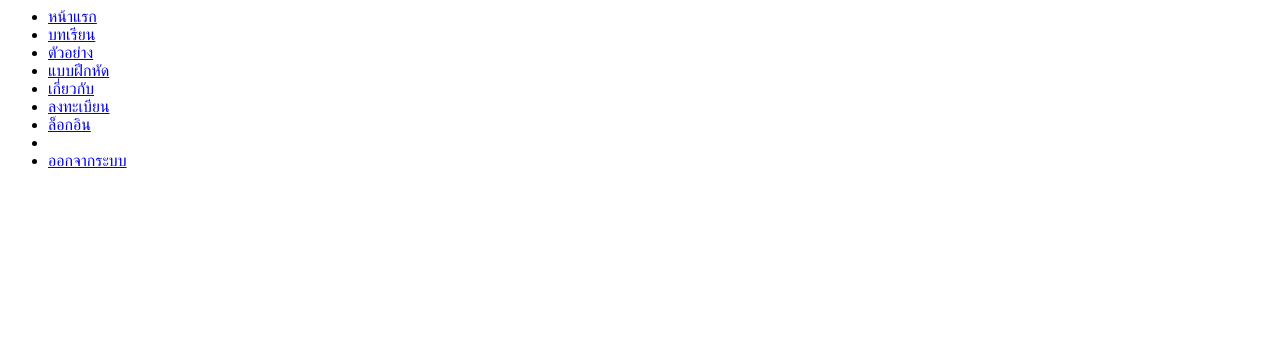
Repository: staggil/thesis
Page: components/header.html
These files come from the project's save history. The page is drawn as it stood at one moment and after the next save; the edit follows.
The browser window is 1280 px wide. The pictures show the whole page.

Above is the page before, as saved 2025-12-08 07:56:31.

### components/header.html
<ul id="nav-items">
  <li><a href="/index.html">หน้าแรก</a></li>
  <li><a href="/lessons/intro.html">บทเรียน</a></li>
  <li><a href="/examples/draw-rect.html">ตัวอย่าง</a></li>
  <li><a href="/exercises/exercise1.html">แบบฝึกหัด</a></li>
  <li><a href="/about/about.html">เกี่ยวกับ</a></li>
  <!-- ส่วนนี้ปรับตาม login -->
  <!-- ถ้าไม่ได้ login -->
  <li class="login-only"><a href="/register.html">ลงทะเบียน</a></li>
  <li class="login-only"><a href="/login.html">ล็อกอิน</a></li>
  <!-- ถ้า login แล้ว -->
  <li class="user-only"><span id="username-display"></span></li>
  <li class="user-only"><a href="#" id="logout-link">ออกจากระบบ</a></li>
</ul>

After the next save:
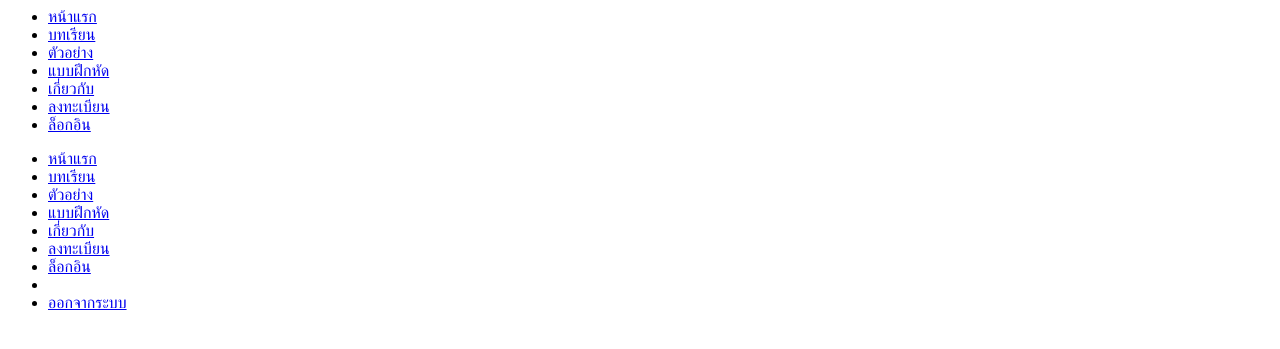
Saved 16 s later.
--- a/components/header.html
+++ b/components/header.html
@@ -1,3 +1,16 @@
+<header>
+    <nav class="navbar">
+        <ul>
+            <li><a href="/index.html">หน้าแรก</a></li>
+            <li><a href="/lessons/intro.html">บทเรียน</a></li>
+            <li><a href="/examples/draw-rect.html">ตัวอย่าง</a></li>
+            <li><a href="/exercises/exercise1.html">แบบฝึกหัด</a></li>
+            <li><a href="/about/about.html">เกี่ยวกับ</a></li>
+            <li><a href="/register.html">ลงทะเบียน</a></li>
+            <li><a href="/login.html">ล็อกอิน</a></li>
+        </ul>
+    </nav>
+</header>
 <ul id="nav-items">
   <li><a href="/index.html">หน้าแรก</a></li>
   <li><a href="/lessons/intro.html">บทเรียน</a></li>

After the save that followed:
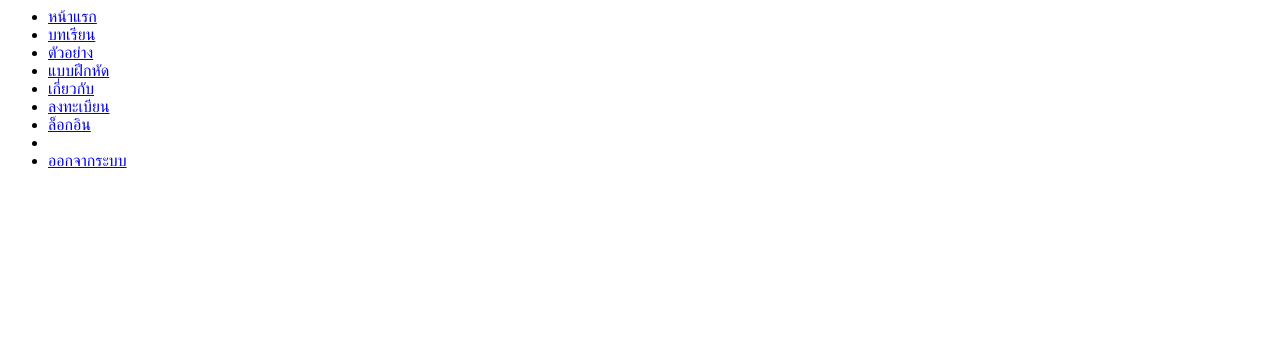
Saved 105 s later.
--- a/components/header.html
+++ b/components/header.html
@@ -1,27 +1,15 @@
 <header>
-    <nav class="navbar">
-        <ul>
+   <nav class="navbar">
+        <ul id="nav-items">
             <li><a href="/index.html">หน้าแรก</a></li>
             <li><a href="/lessons/intro.html">บทเรียน</a></li>
             <li><a href="/examples/draw-rect.html">ตัวอย่าง</a></li>
             <li><a href="/exercises/exercise1.html">แบบฝึกหัด</a></li>
             <li><a href="/about/about.html">เกี่ยวกับ</a></li>
-            <li><a href="/register.html">ลงทะเบียน</a></li>
-            <li><a href="/login.html">ล็อกอิน</a></li>
+            <li class="login-only"><a href="/register.html">ลงทะเบียน</a></li>
+            <li class="login-only"><a href="/login.html">ล็อกอิน</a></li>
+            <li class="user-only"><span id="username-display"></span></li>
+            <li class="user-only"><a href="#" id="logout-link">ออกจากระบบ</a></li>
         </ul>
     </nav>
 </header>
-<ul id="nav-items">
-  <li><a href="/index.html">หน้าแรก</a></li>
-  <li><a href="/lessons/intro.html">บทเรียน</a></li>
-  <li><a href="/examples/draw-rect.html">ตัวอย่าง</a></li>
-  <li><a href="/exercises/exercise1.html">แบบฝึกหัด</a></li>
-  <li><a href="/about/about.html">เกี่ยวกับ</a></li>
-  <!-- ส่วนนี้ปรับตาม login -->
-  <!-- ถ้าไม่ได้ login -->
-  <li class="login-only"><a href="/register.html">ลงทะเบียน</a></li>
-  <li class="login-only"><a href="/login.html">ล็อกอิน</a></li>
-  <!-- ถ้า login แล้ว -->
-  <li class="user-only"><span id="username-display"></span></li>
-  <li class="user-only"><a href="#" id="logout-link">ออกจากระบบ</a></li>
-</ul>
